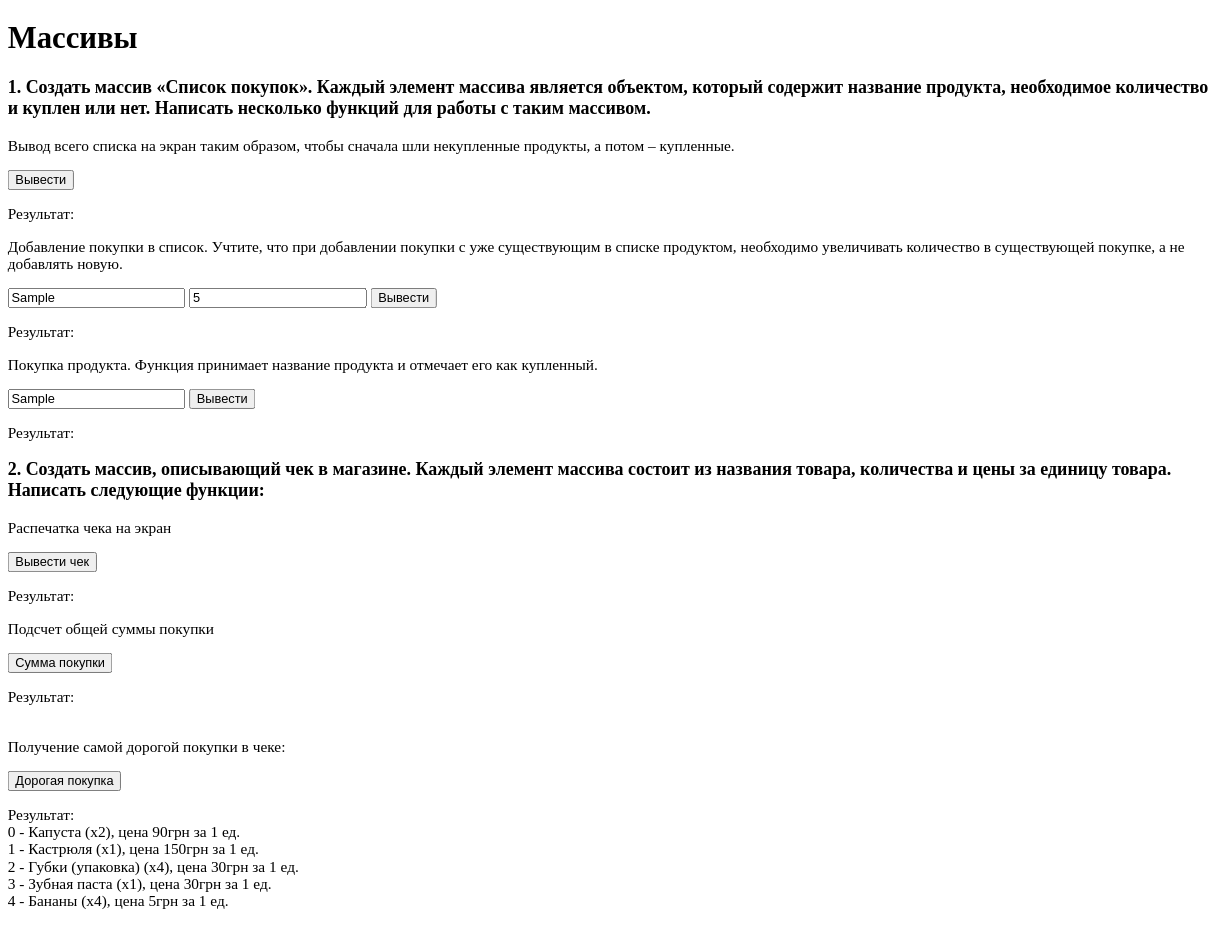
Repository: NastyaGavrilova/Beetroot-js
Page: HW5/index.html
These files come from the project's save history. The page is drawn as it stood at one moment and after a run of saves; the edit follows.
The browser window is 1280 px wide. The pictures show the whole page, at 96% of full size.
Empty fields were first filled with sample values (such as "Sample", 5 or name@example.com).
After loading, the first visible `#js-task2-btn3` was clicked once.

Above is the page before, as saved 2021-10-22 13:38:35.

### HW5/index.html
<!DOCTYPE html>
<html lang="en">
  <head>
    <meta charset="UTF-8" />
    <meta http-equiv="X-UA-Compatible" content="IE=edge" />
    <meta name="viewport" content="width=device-width, initial-scale=1.0" />
    <title>Arrays</title>
  </head>
  <body>
    <h1>Массивы</h1>
    <section class="c-task1">
      <div class="c-task1__wrapper">
        <h3 class="title">
          1. Создать массив «Список покупок». Каждый элемент массива является
          объектом, который содержит название продукта, необходимое количество и
          куплен или нет. Написать несколько функций для работы с таким
          массивом.
        </h3>
        <p class="paragraph">
          Вывод всего списка на экран таким образом, чтобы сначала шли
          некупленные продукты, а потом – купленные.
        </p>
        <button id="js-task1-btn1">Вывести</button>
        <p class="paragraph">Результат: <span id="js-task1-span1"></span></p>
        <p class="paragraph">
          Добавление покупки в список. Учтите, что при добавлении покупки с уже
          существующим в списке продуктом, необходимо увеличивать количество в
          существующей покупке, а не добавлять новую.
        </p>
        <form action="#" method="get">
          <input
            type="text"
            id="js-task1-input1"
            placeholder="Название продукта"
          />
          <input type="number" id="js-task1-input2" placeholder="Кол-во" />
          <button id="js-task1-btn2">Вывести</button>
        </form>
        <p class="paragraph">Результат: <span id="js-task1-span2"></span></p>
        <p class="paragraph">
          Покупка продукта. Функция принимает название продукта и отмечает его
          как купленный.
        </p>
        <form action="#" method="get">
          <input
            type="text"
            id="js-task1-input4"
            placeholder="Название продукта"
          />
          <button id="js-task1-btn3">Вывести</button>
        </form>
        <p class="paragraph">Результат: <span id="js-task1-span3"></span></p>
      </div>
    </section>
    <section class="c-task2">
      <div class="c-task2__wrapper">
        <h3 class="title">
          2. Создать массив, описывающий чек в магазине. Каждый элемент массива
          состоит из названия товара, количества и цены за единицу товара.
          Написать следующие функции:
        </h3>
        <p>Распечатка чека на экран</p>
        <button id="js-task2-btn1">Вывести чек</button>
        <p>
          Результат: <br />
          <span id="js-task2-span1"></span>
        </p>

        <p>Подсчет общей суммы покупки</p>
        <button id="js-task2-btn2">Сумма покупки</button>
        <p>
          Результат: <br />
          <span id="js-task2-span2"></span><br />
        </p>
        <p>Получение самой дорогой покупки в чеке:</p>
        <button id="js-task2-btn3">Дорогая покупка</button>
        <p>
          Результат: <br />
          <span id="js-task2-span3"></span><br />
        </p>
      </div>
    </section>
    <script src="index.js"></script>
  </body>
</html>

### HW5/index.js
// task 1

class Product {
  constructor(params = {}) {
    Object.assign(
      this,
      {
        nameOfProduct: null,
        amount: 1,
        bought: false,
      },
      { ...params }
    );
  }
  // словие сортировки для метода sort
  static sortDefault(a, b) {
    return (
      (a.bought - b.bought) * 10 +
      a.nameOfProduct.localeCompare(b.nameOfProduct)
    );
  }
  // метод для вывода списка
  static showProduct(a) {
    return ` ${a.nameOfProduct} (x${a.amount}) ${
      a.bought ? "куплено" : "не куплено"
    }`;
  }
}
// масив обьектов продуктов
let shopList = [
  { nameOfProduct: "Банан", amount: 2 },
  { nameOfProduct: "Апельсин", amount: 5, bought: true },
  { nameOfProduct: "Молоко", bought: true },
  { nameOfProduct: "Груша", amount: 10 },
].map((prodDef) => new Product(prodDef));

// добавление покупки
let addToShopList = (prodDef) => {
  // при добавлении покупки с уже существующим в списке продуктом, необходимо увеличивать количество в существующей покупке, а не добавлять новую
  let prod = shopList.find(
    (prod) => prod.nameOfProduct === prodDef.nameOfProduct
  );
  if (!prod) return shopList.push(new Product(prodDef));
  prod.amount += prodDef.amount;
};
// функция куаленного продукта
let boughtProduct = (product) => {
  // при вводе существующего продукта его статус меняеться на "куплено"
  let prod = shopList.find(
    (prod) => prod.nameOfProduct === product.nameOfProduct
  );
  if (!prod.bought) return (prod.bought += true);
};
// кнопка для функции сортировки и вівода
let btn1 = document.getElementById("js-task1-btn1");
btn1.addEventListener("click", (e) => {
  e.preventDefault();
  let showSortByBought = document.getElementById("js-task1-span1");
  shopList.sort(Product.sortDefault);
  return (showSortByBought.innerHTML = shopList.map(Product.showProduct));
});
// кнопка для добавления сортировки и вівода
let btn1_2 = document.getElementById("js-task1-btn2");
btn1_2.addEventListener("click", (e) => {
  e.preventDefault();
  let showAddProduct = document.getElementById("js-task1-span2");
  let nameProd = document.getElementById("js-task1-input1");
  let amountProd = document.getElementById("js-task1-input2");
  addToShopList({
    _nameOfProduct: nameProd.value,
    get nameOfProduct() {
      return this._nameOfProduct;
    },
    set nameOfProduct(value) {
      this._nameOfProduct = value;
    },
    amount: +amountProd.value,
  });
  shopList.sort(Product.sortDefault);
  return (showAddProduct.innerHTML = shopList.map(Product.showProduct));
});
// кнопка для изменения статуса продукта, сортировки и вівода
let btn1_3 = document.getElementById("js-task1-btn3");
btn1_3.addEventListener("click", (e) => {
  let showBoughtPoduct = document.getElementById("js-task1-span3");
  let nameProduct = document.getElementById("js-task1-input4");
  boughtProduct({ nameOfProduct: nameProduct.value });
  shopList.sort(Product.sortDefault);
  return (showBoughtPoduct.innerHTML = shopList.map(Product.showProduct));
});

// task 2

class ShopCheck {
  constructor(params = {}) {
    Object.assign(
      this,
      {
        nameShopProduct: null,
        price: 1,
        amount: 1,
      },
      { ...params }
    );
  }

  static sortExpensive(a, b) {
    if (a.amount * a.price < b.amount * b.price) {
      return 1;
    }
    if (a.amount * a.price > b.amount * b.price) {
      return -1;
    }
    return 0;
  }
}
let shopCheck = [
  {
    nameOfProduct: "Зубная паста",
    price: 30,
  },
  {
    nameOfProduct: "Бананы",
    price: 5,
    amount: 4,
  },
  {
    nameOfProduct: "Губки (упаковка)",
    price: 30,
    amount: 4,
  },
  {
    nameOfProduct: "Капуста",
    price: 90,
    amount: 2,
  },
  {
    nameOfProduct: "Кастрюля",
    price: 150,
    amount: 1,
  },
].map((prodDef) => new ShopCheck(prodDef));

ShopCheck.prototype.toString = function checkToString() {
  return `${this.nameOfProduct} (x${this.amount}), цена ${this.price}грн за 1 ед.`;
};
let showCheckList = (spanEl) => {
  let str = " ";
  for (let i = 0; i < shopCheck.length; i++) {
    if (shopCheck[i] !== undefined)
      str += i + " - " + shopCheck[i].toString() + "<br>";
  }
  return (spanEl.innerHTML = str);
};

let sumCheck = (spanEl) => {
  let res = 0;
  for (let i = 0; i < shopCheck.length; i++) {
    res += shopCheck[i].amount * shopCheck[i].price;
  }
  return (spanEl.innerHTML = `${res}грн`);
};

function expensiveProduct(spanEl) {
  let str = " ";
  for (let i = 0; i < shopCheck.length; i++) {
    if (shopCheck[i] !== undefined) {
      shopCheck.sort(ShopCheck.sortExpensive);
      str = i + " - " + shopCheck[i].toString();
    }
  }

  return (spanEl.innerHTML = str);
}
// function expensiveProduct(spanEl) {
//   let res = 0;
//   for (let i = 0; i < shopCheck.length; i++) {
//     if (
//       shopCheck[i].amount * shopCheck[i].price >
//       shopCheck[i + 1].amount * shopCheck[i + 1].price
//     ) {
//       res = shopCheck[i].amount * shopCheck[i].price;
//     }
//   }
//   return (spanEl.innerHTML = `${res}грн`);
// }

let btn2 = document.getElementById("js-task2-btn1");
btn2.addEventListener("click", (e) => {
  e.preventDefault();
  let outputShopCheck = document.getElementById("js-task2-span1");
  showCheckList(outputShopCheck);
});

let btn2_1 = document.getElementById("js-task2-btn2");
btn2_1.addEventListener("click", (e) => {
  e.preventDefault();
  let outputSumCheck = document.getElementById("js-task2-span2");
  sumCheck(outputSumCheck);
});

let btn2_3 = document.getElementById("js-task2-btn3");
btn2_3.addEventListener("click", (e) => {
  e.preventDefault();
  let outputExpensiveProd = document.getElementById("js-task2-span3");
  shopCheck.sort(ShopCheck.sortExpensive);
  showCheckList(outputExpensiveProd);
  // expensiveProduct(outputExpensiveProd);
});

After the next 2 saves:
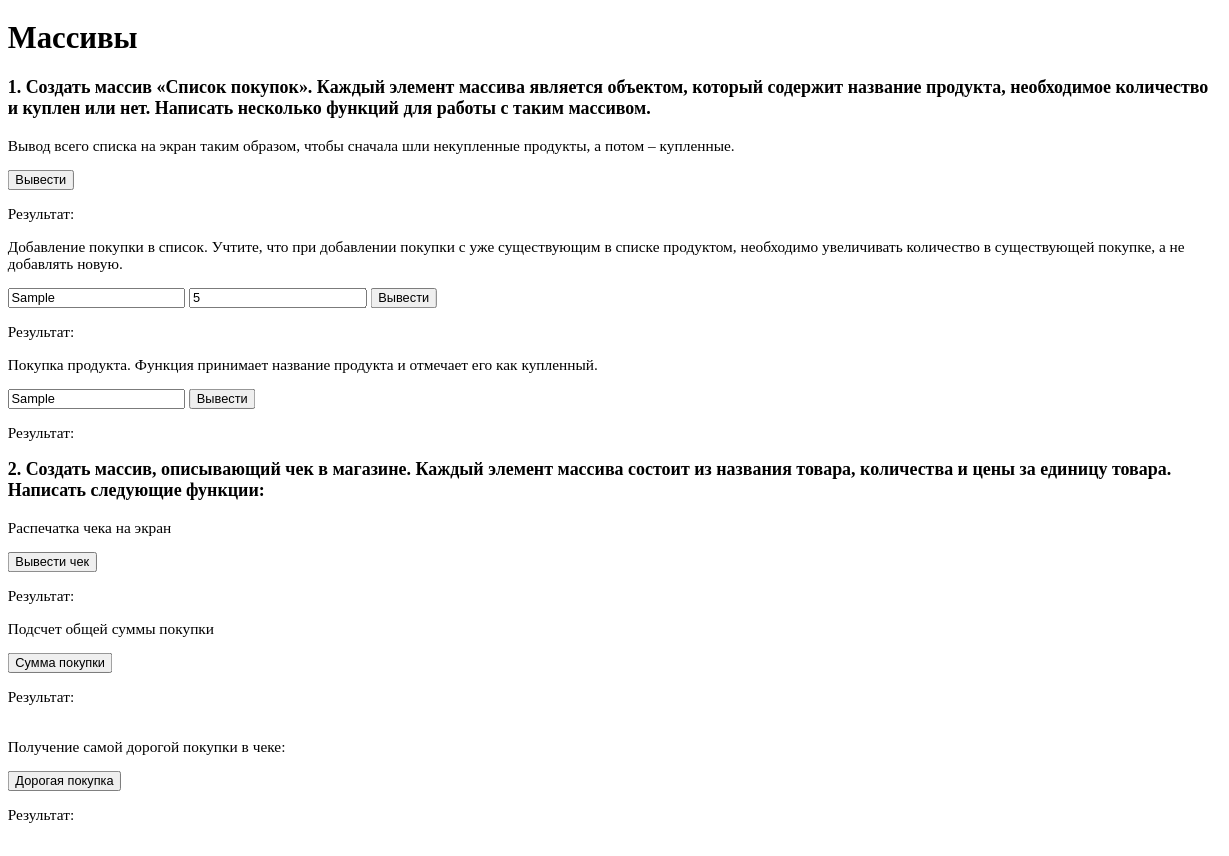
Console error: TypeError: shopCheck[i].sort is not a function
The 2 saves are shown as one change because they came seconds apart.
The last was saved 33 s later.
--- a/HW5/index.js
+++ b/HW5/index.js
@@ -165,7 +165,7 @@ function expensiveProduct(spanEl) {
   let str = " ";
   for (let i = 0; i < shopCheck.length; i++) {
     if (shopCheck[i] !== undefined) {
-      shopCheck.sort(ShopCheck.sortExpensive);
+      shopCheck[i].sort(ShopCheck.sortExpensive);
       str = i + " - " + shopCheck[i].toString();
     }
   }
@@ -203,7 +203,7 @@ let btn2_3 = document.getElementById("js-task2-btn3");
 btn2_3.addEventListener("click", (e) => {
   e.preventDefault();
   let outputExpensiveProd = document.getElementById("js-task2-span3");
-  shopCheck.sort(ShopCheck.sortExpensive);
-  showCheckList(outputExpensiveProd);
-  // expensiveProduct(outputExpensiveProd);
-});
+  // shopCheck.sort(ShopCheck.sortExpensive);
+  // showCheckList(outputExpensiveProd);
+  expensiveProduct(outputExpensiveProd);
+});

After the save that followed:
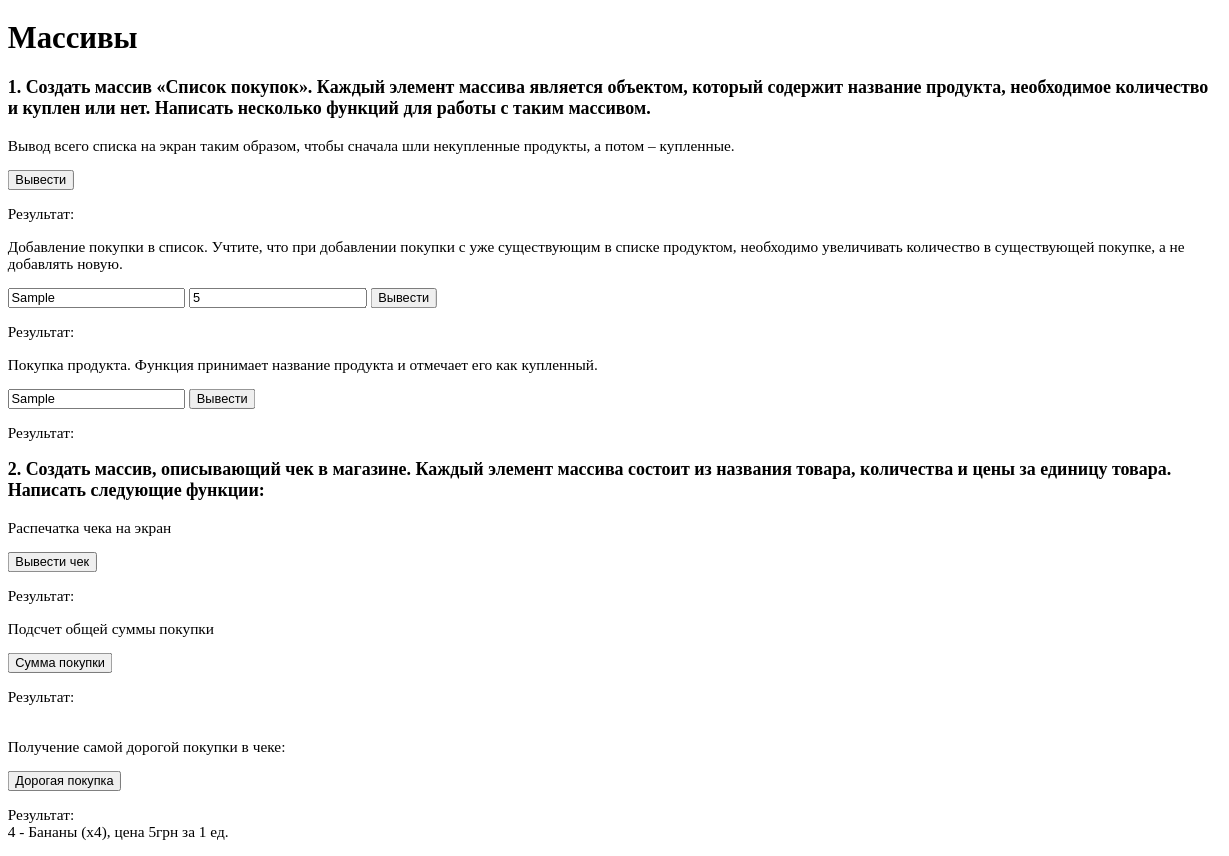
The error is gone.
Saved 44 s later.
--- a/HW5/index.js
+++ b/HW5/index.js
@@ -165,8 +165,8 @@ function expensiveProduct(spanEl) {
   let str = " ";
   for (let i = 0; i < shopCheck.length; i++) {
     if (shopCheck[i] !== undefined) {
-      shopCheck[i].sort(ShopCheck.sortExpensive);
       str = i + " - " + shopCheck[i].toString();
+      shopCheck.sort(ShopCheck.sortExpensive);
     }
   }
 
